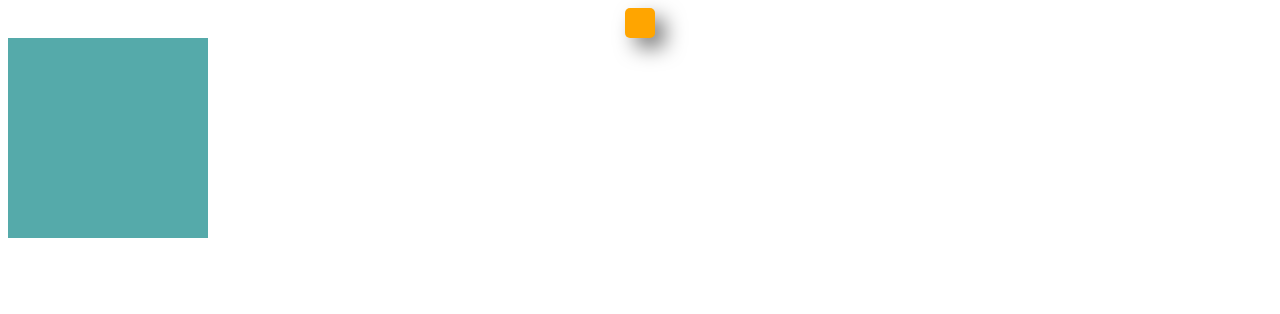
Repository: yuanliumaker/html-css-js
Page: css/css3新特性.html
An editor plug-in stored every save of this project. The page is shown before and after the next save, followed by the edit.
The browser window is 1280 px wide. The pictures show the whole page.

Above is the page before, as saved 2025-08-31 22:30:57.

After the next save:
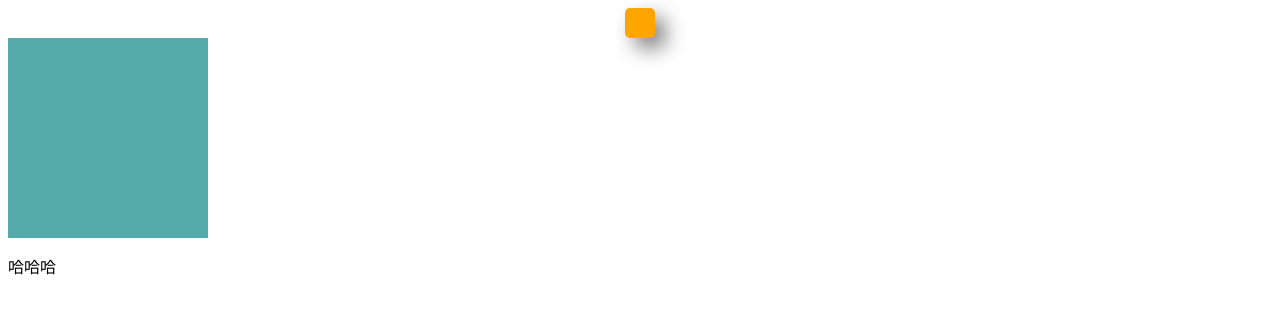
Saved 2 min 1 s later.
--- a/css/css3新特性.html
+++ b/css/css3新特性.html
@@ -44,18 +44,26 @@
             .box3{
                 background-color: blue;
             }
+            p{
+                display:none;/*display属性是否显示内容 block表示显示*/
+            }
         }
         /* 平板 */
         @media screen and (min-width:768px) and(max-width:996px) {
             .box3{
                 background-color: red;
             }
-
+            p{
+                display:none
+            }
         }
         @media screen and (min-width:996px)
         {
             .box3{
                 background-color: aquamarine;
+            }
+            p{
+                display: block;
             }
         }
     </style>
@@ -65,5 +73,6 @@
     <div class="box1"></div>
     <div class="box2"> </div>
     <div class="box3"> </div>
+    <p>哈哈哈</p>
 </body>
 </html>
